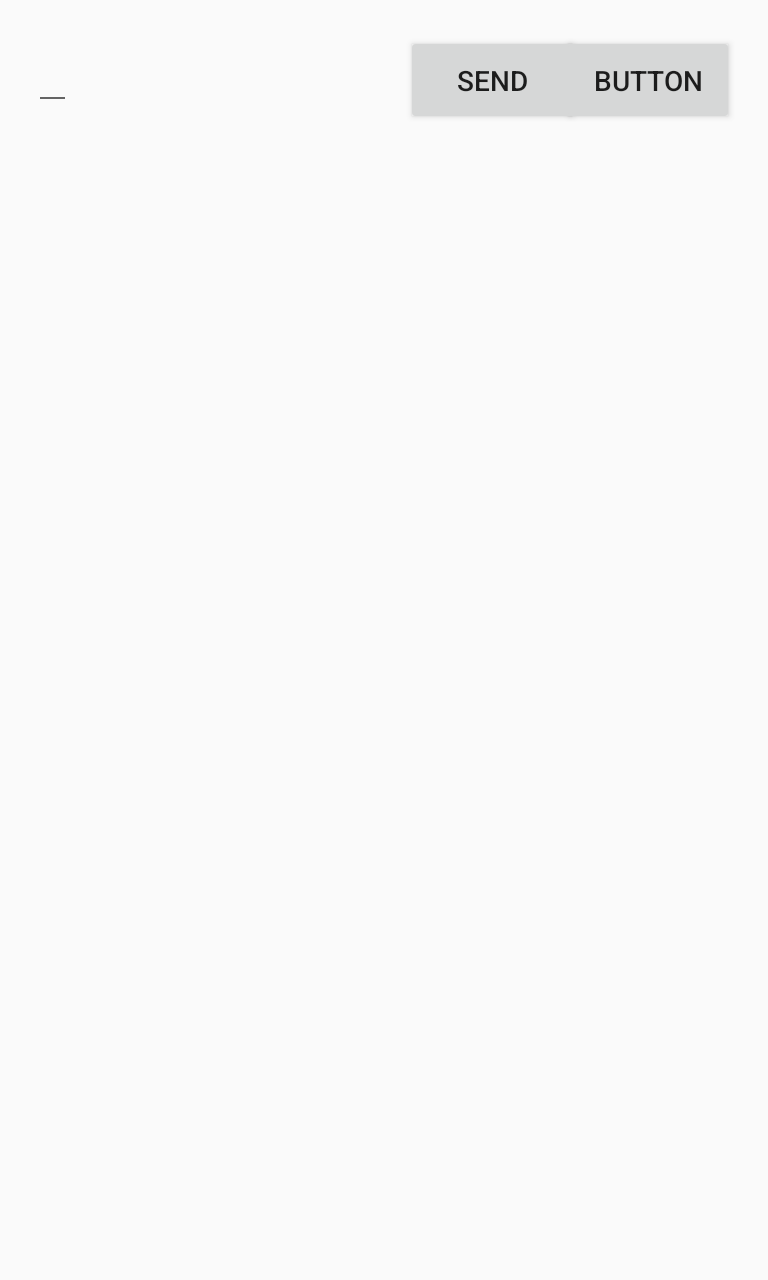
Repository: pgao/idd_hw5
Layout: hw5_android/res/layout/activity_main.xml
The author's editor kept a copy of each file at every save. The layout is drawn from the files as they stood at one save, then again after the next save.
It is drawn on a 768 x 1280 px phone screen (xhdpi) without system bars, with theme AppTheme; the app's code is not run.

Above is the layout before, as saved 2014-11-06 21:45:21.

### hw5_android/res/layout/activity_main.xml
<RelativeLayout xmlns:android="http://schemas.android.com/apk/res/android"
    xmlns:tools="http://schemas.android.com/tools"
    android:layout_width="match_parent"
    android:layout_height="match_parent"
    android:paddingBottom="@dimen/activity_vertical_margin"
    android:paddingLeft="@dimen/activity_horizontal_margin"
    android:paddingRight="@dimen/activity_horizontal_margin"
    android:paddingTop="@dimen/activity_vertical_margin"
    tools:context="com.example.hw5_android.MainActivity" >

    <EditText
        android:id="@+id/input"
        android:layout_width="wrap_content"
        android:layout_height="wrap_content"
        android:layout_alignParentLeft="true"
        android:layout_alignParentTop="true"
        android:layout_toLeftOf="@id/send" />

    <ScrollView
        android:id="@+id/scrollView1"
        android:layout_width="match_parent"
        android:layout_height="wrap_content"
        android:layout_alignParentBottom="true"
        android:layout_below="@id/send" >

        <TextView
            android:id="@+id/messages"
            android:layout_width="match_parent"
            android:layout_height="wrap_content" />
    </ScrollView>

    <Button
        android:id="@+id/btnOn"
        android:layout_width="wrap_content"
        android:layout_height="wrap_content"
        android:layout_alignRight="@+id/scrollView1"
        android:layout_alignTop="@+id/input"
        android:layout_marginRight="78dp"
        android:onClick="sendClick"
        android:text="Send" />

    <Button
        android:id="@+id/btnOff"
        android:layout_width="wrap_content"
        android:layout_height="wrap_content"
        android:layout_alignBaseline="@+id/send"
        android:layout_alignBottom="@+id/send"
        android:layout_alignRight="@+id/scrollView1"
        android:text="Button" />

</RelativeLayout>

Loaded but not shown: hw5_android/res/values/styles.xml (common file); hw5_android/res/values-v11/styles.xml (common file); hw5_android/res/values-v14/styles.xml (common file); hw5_android/res/values/dimens.xml (common file); hw5_android/res/values-w820dp/dimens.xml (common file)

After the next save:
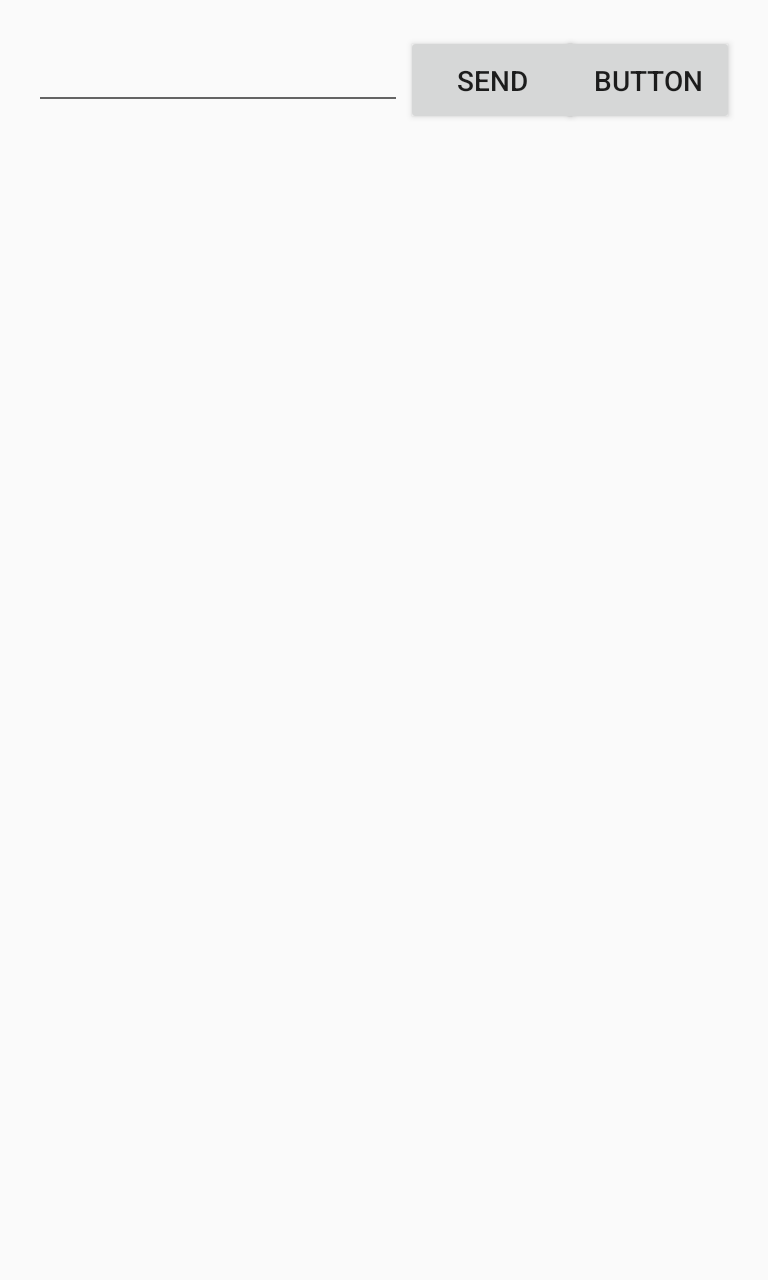
Saved 15 s later.
--- a/hw5_android/res/layout/activity_main.xml
+++ b/hw5_android/res/layout/activity_main.xml
@@ -30,7 +30,7 @@
     </ScrollView>
 
     <Button
-        android:id="@+id/btnOn"
+        android:id="@+id/send"
         android:layout_width="wrap_content"
         android:layout_height="wrap_content"
         android:layout_alignRight="@+id/scrollView1"
